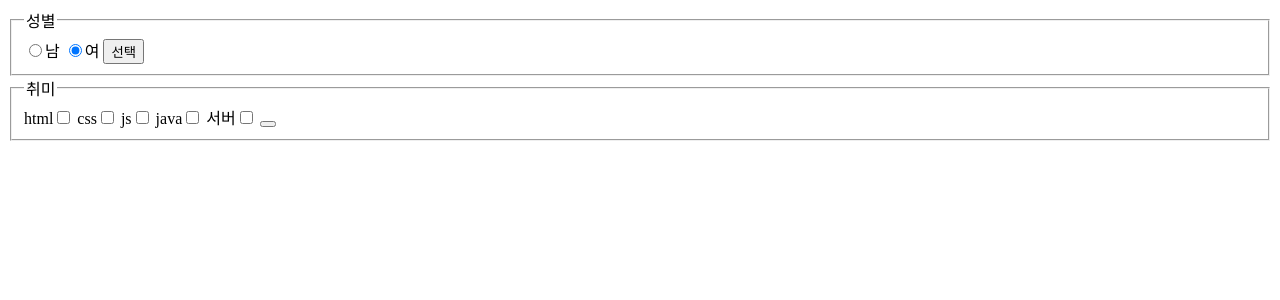
Repository: sunday1284/03_Web
Page: WebPro/src/main/webapp/1028/rdo_chk.html
The author's editor kept a copy of each file at every save. The page is drawn from the files as they stood at one save, then again after the next save.
The browser window is 1280 px wide. The pictures show the whole page.

Above is the page before, as saved 2024-10-29 05:23:17.

After the next save:
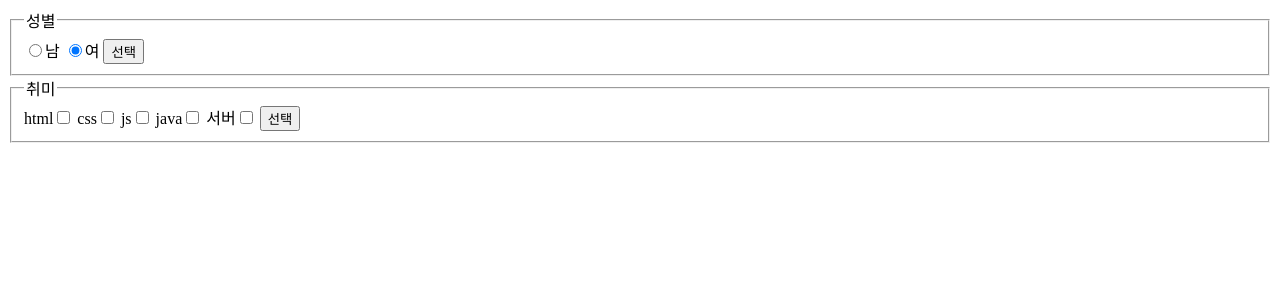
Saved 11 s later.
--- a/WebPro/src/main/webapp/1028/rdo_chk.html
+++ b/WebPro/src/main/webapp/1028/rdo_chk.html
@@ -18,7 +18,7 @@
 		js<input type = "checkbox" value="JAVASCRIPT">
 		java<input type = "checkbox" value="JAVA">
 		서버<input type = "checkbox" value="SERVER">
-		<button></button>
+		<button>선택</button>
 	</fieldset>
 	<script>
 	function chkRdo(){
